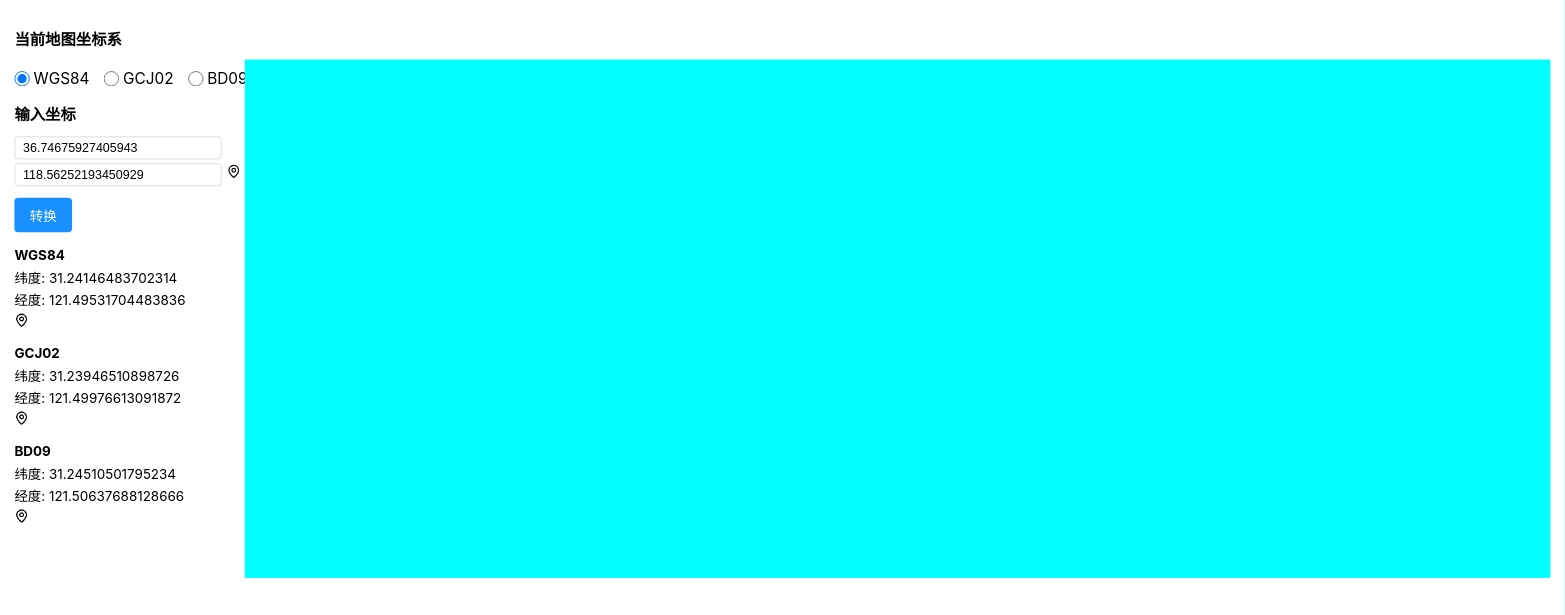
Repository: 1242128273wangpeng/MapTransformTools
Page: popup.html
These files come from the project's save history. The page is drawn as it stood at one moment and after the next save; the edit follows.
The browser window is 1280 px wide. The page is 1630 px wide, so the pictures cover 1630 px, including what lies to the right of the window. The pictures show the whole page, at 96% of full size.

Above is the page before, as saved 2025-01-23 22:38:24.

After the next save:
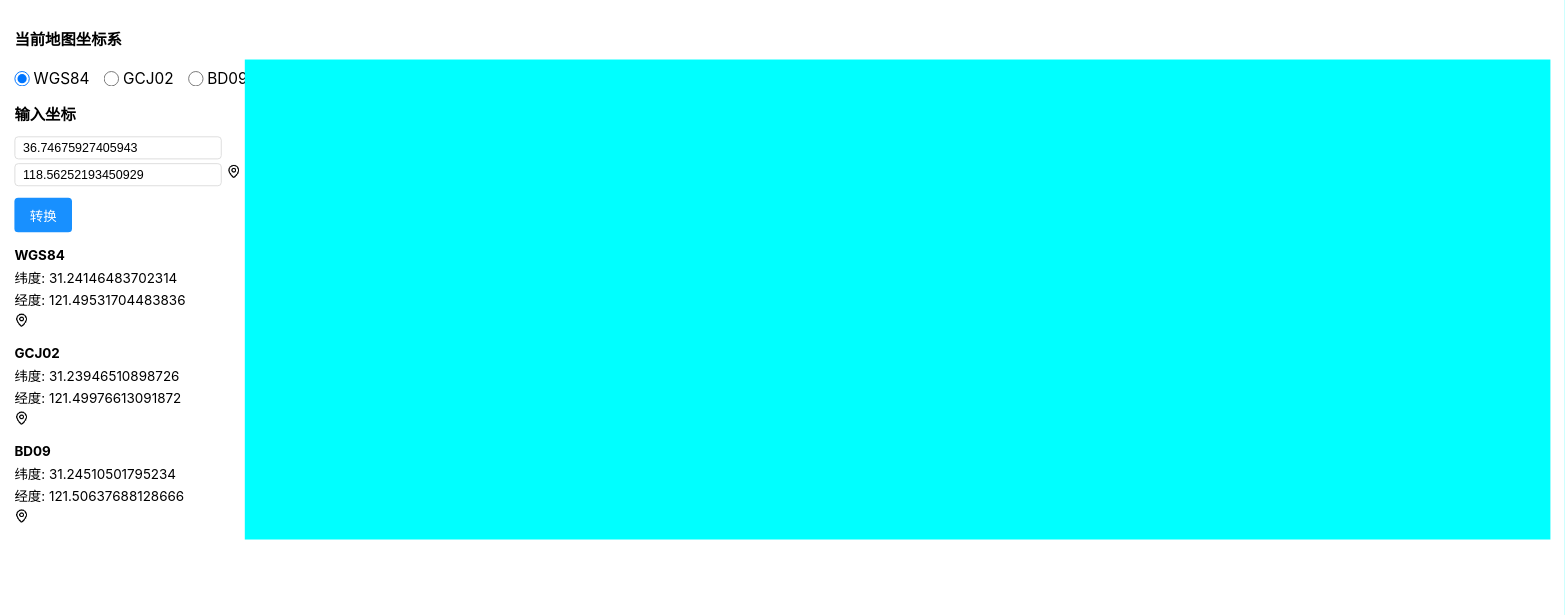
Saved 16 s later.
--- a/popup.html
+++ b/popup.html
@@ -198,7 +198,7 @@
 					</div>
 				</div>
 			</div>
-			<div id="map" style="width: 100%; height: 540px;background-color: aqua;"></div>
+			<div id="map" style="width: 100%; height: 500px;background-color: aqua;"></div>
 		</div>
 	</body>
 
